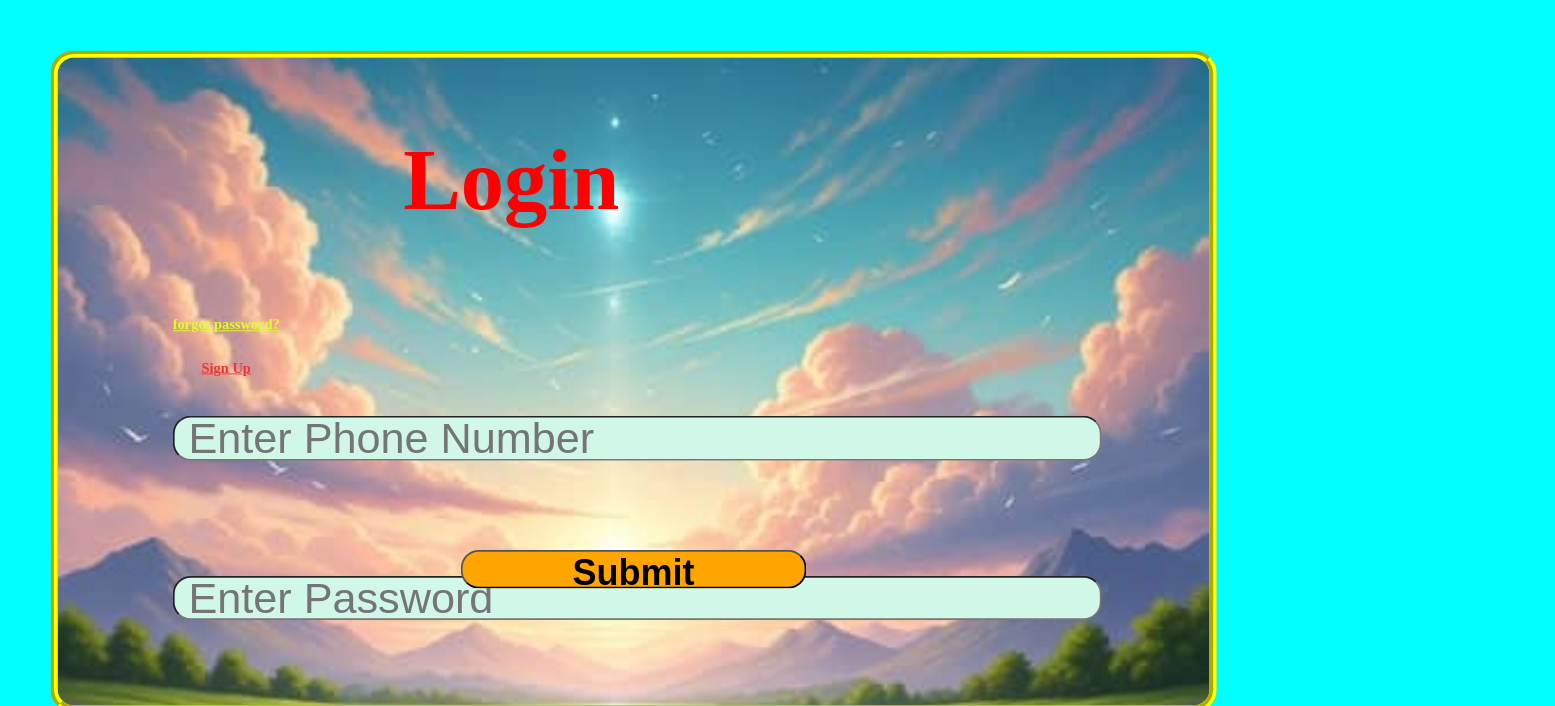
Repository: Amani-Kibet/express-app-web
Page: pages/signup/login.html
An editor plug-in stored every save of this project. The page is shown before and after the next save, followed by the edit.
The browser window is 1280 px wide. The page is 1728 px wide, so the pictures cover 1728 px, including what lies to the right of the window. The pictures show the whole page, at 90% of full size.

Above is the page before, as saved 2025-09-28 16:06:15.

After the next save:
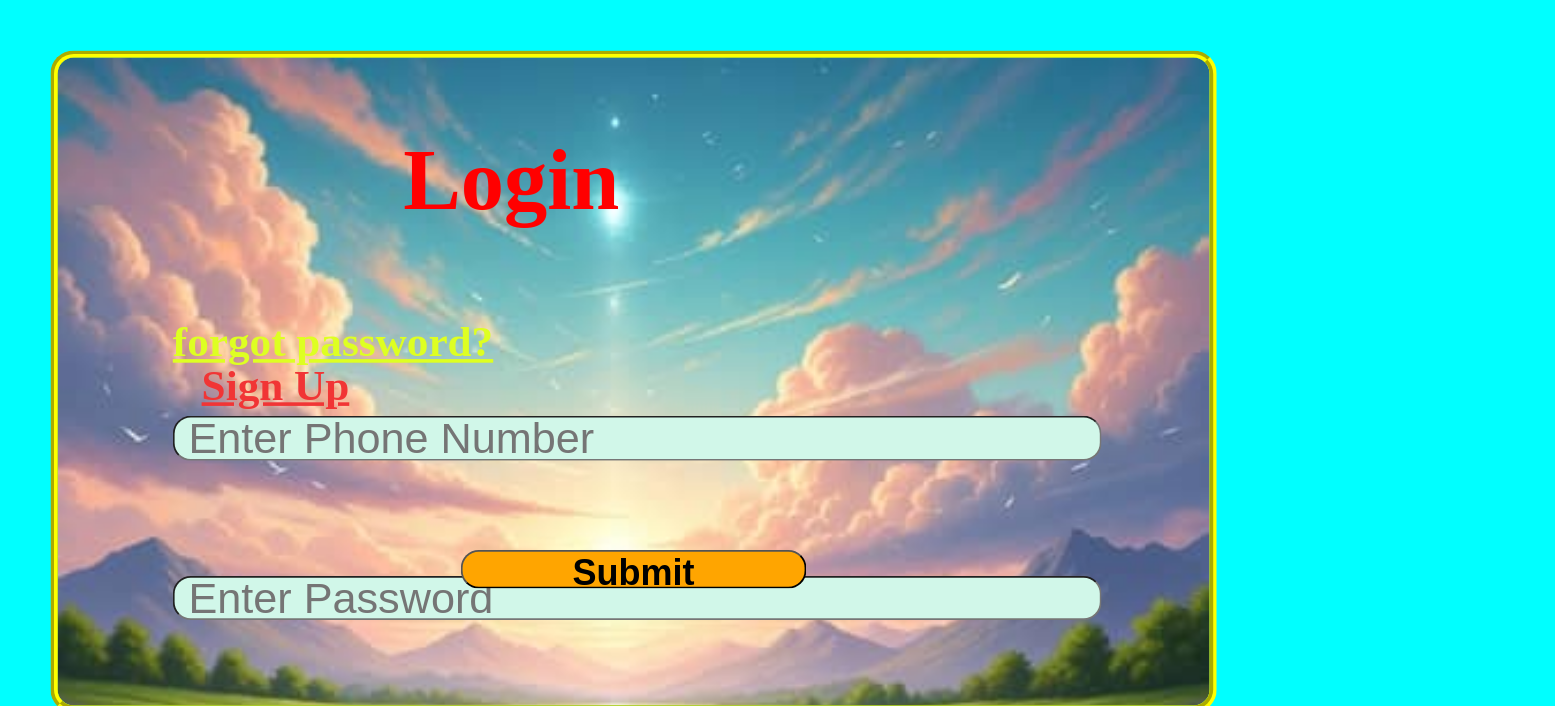
Saved 24 s later.
--- a/pages/signup/login.html
+++ b/pages/signup/login.html
@@ -41,10 +41,14 @@
       font-size: 2.5em;
       font-weight: bold;
     }
-  .links{
-    position: absolute;
-    font-weight: 800;
-  }
+    .links{
+      position: absolute;
+      font-weight: 800;
+      font-size: 3em;
+      color: yellow;
+      top: 85%;
+      left: 34%
+    }
   #link1{
     top: 18rem;
     left: 8rem;
